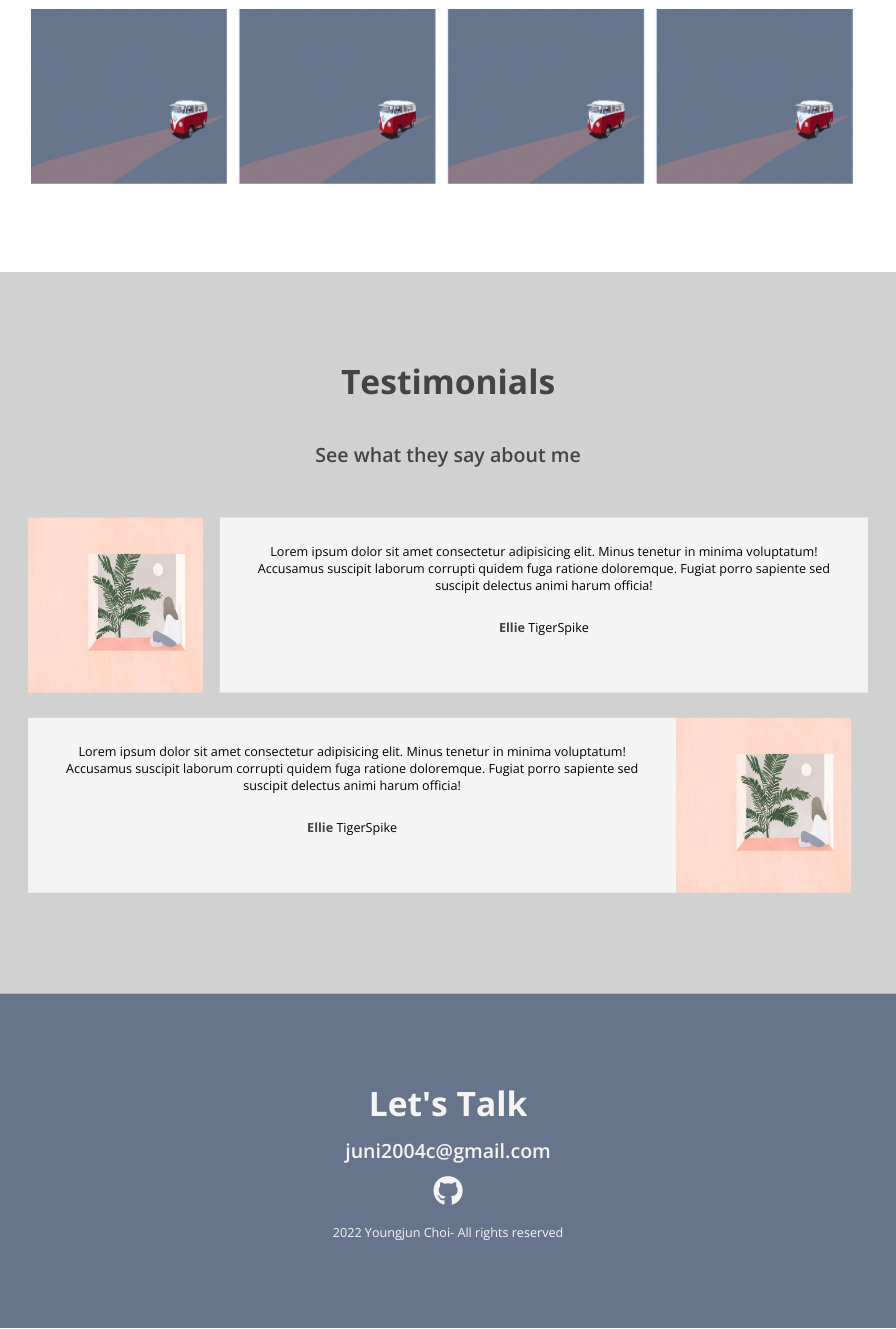
Repository: choi2021/portfolio-vanillaJS
Page: index.html
These files come from the project's save history. The page is drawn as it stood at one moment and after the next save; the edit follows.
The browser window is 1280 px wide. The pictures show the part of the page from y = 3738 to 5658 px (the page is 5636 px tall before and 5658 px after), at 70% of full size.
Some web libraries are served in a nearby version.

Above is the page before, as saved 2022-01-08 14:49:11.

After the next save:
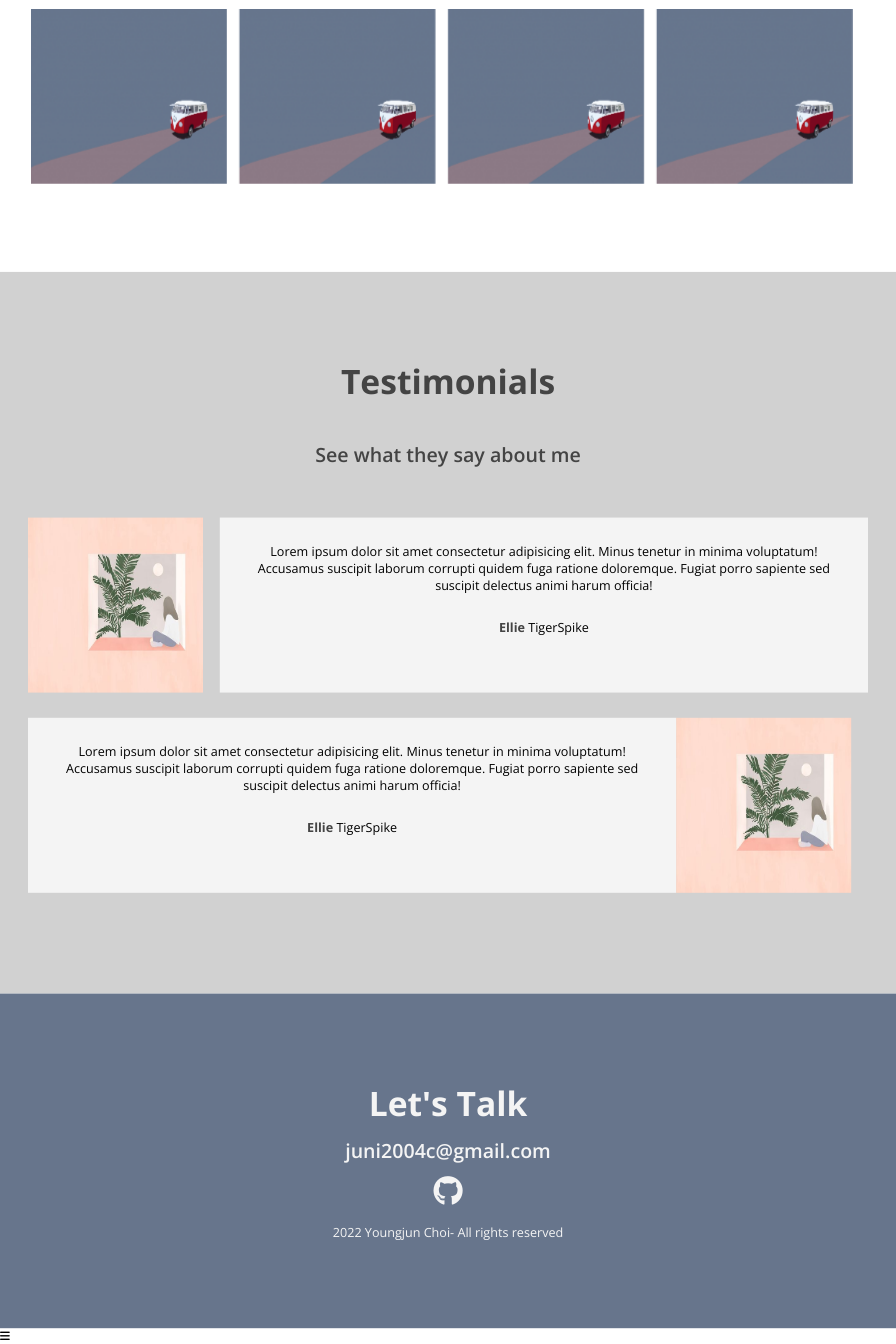
Saved 70 s later.
--- a/index.html
+++ b/index.html
@@ -261,6 +261,9 @@
     </div>
     <p class="contact__rights">2022 Youngjun Choi- All rights reserved</p>
   </section>
+  <div class="menu__bar">
+    <i class="fas fa-bars"></i>
+  </div>
 </body>
 
 </html>

After the save that followed:
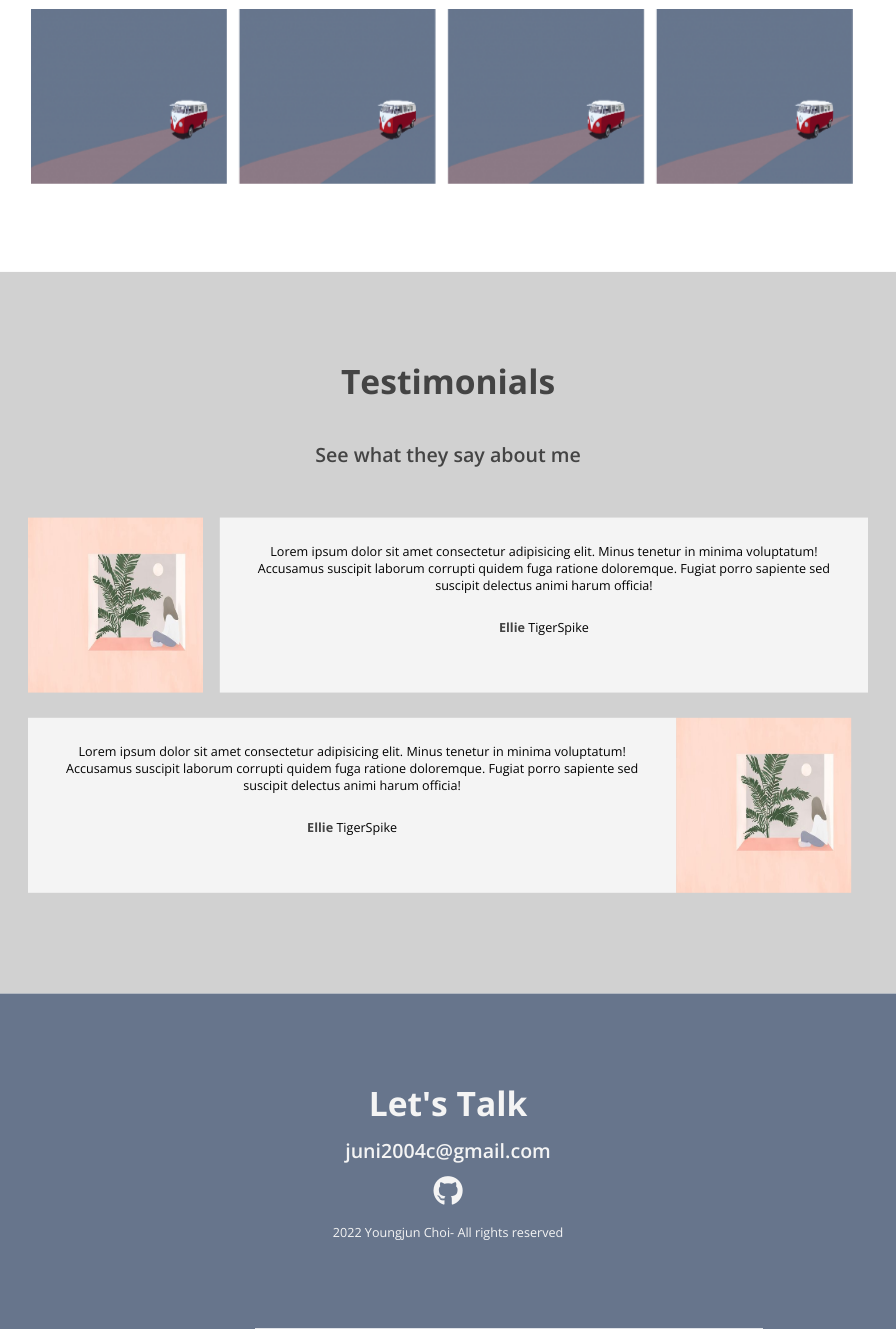
Saved 39 s later.
--- a/style.css
+++ b/style.css
@@ -522,6 +522,12 @@
   font-size: var(--font-regular);
 }
 
+.menu__bar {
+  opacity: 0;
+  position: absolute;
+  top: 0px;
+}
+
 @media screen and (max-width: 768px) {
   :root {
     /* Space */
